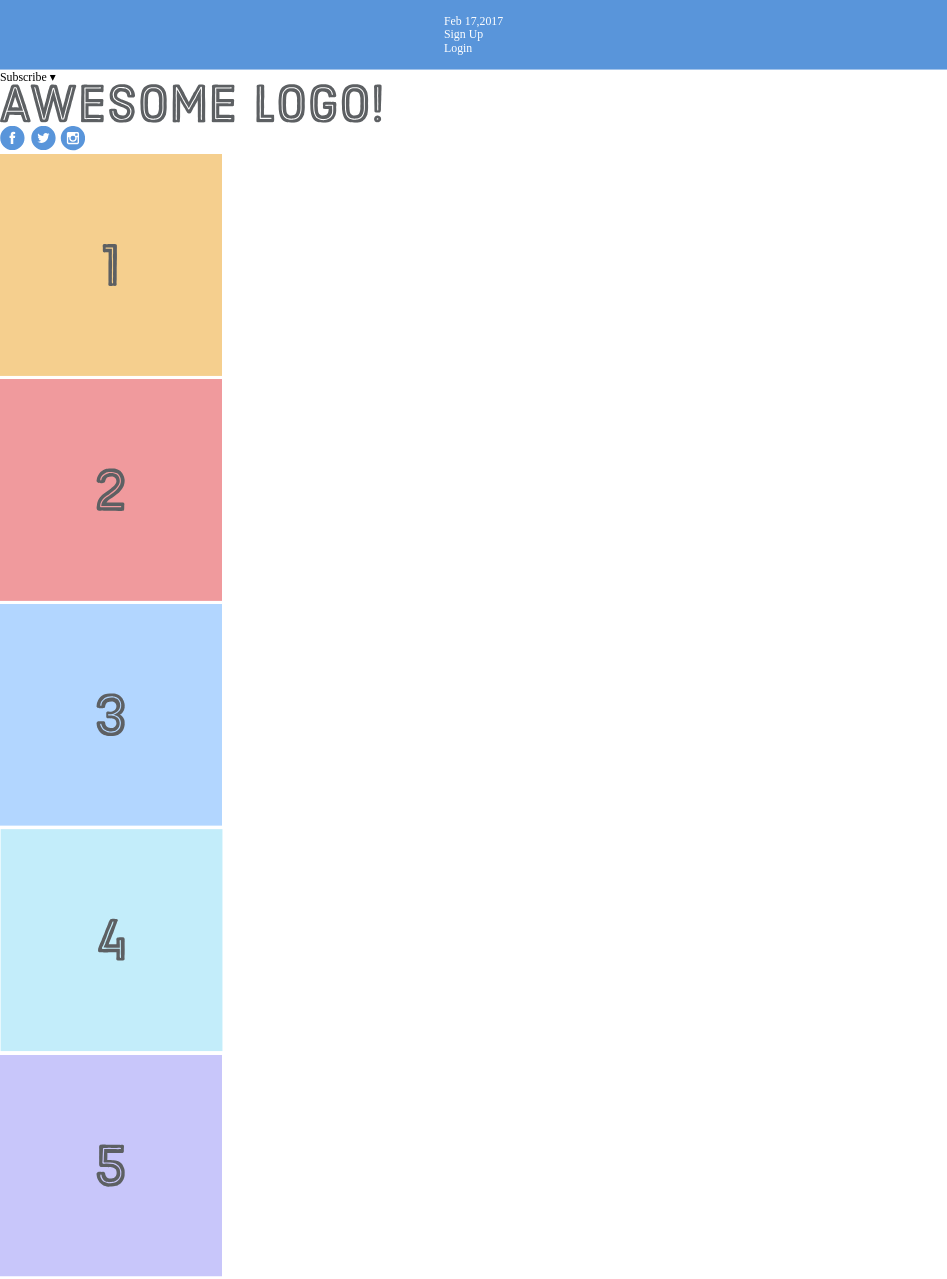
Repository: arkomz/INST377-Lab-Work
Page: client/lab_3/index.html
An editor plug-in stored every save of this project. The page is shown before and after the next save, followed by the edit.
The browser window is 1280 px wide. The pictures show the whole page, at 74% of full size.

Above is the page before, as saved 2021-09-17 13:01:37.

After the next save:
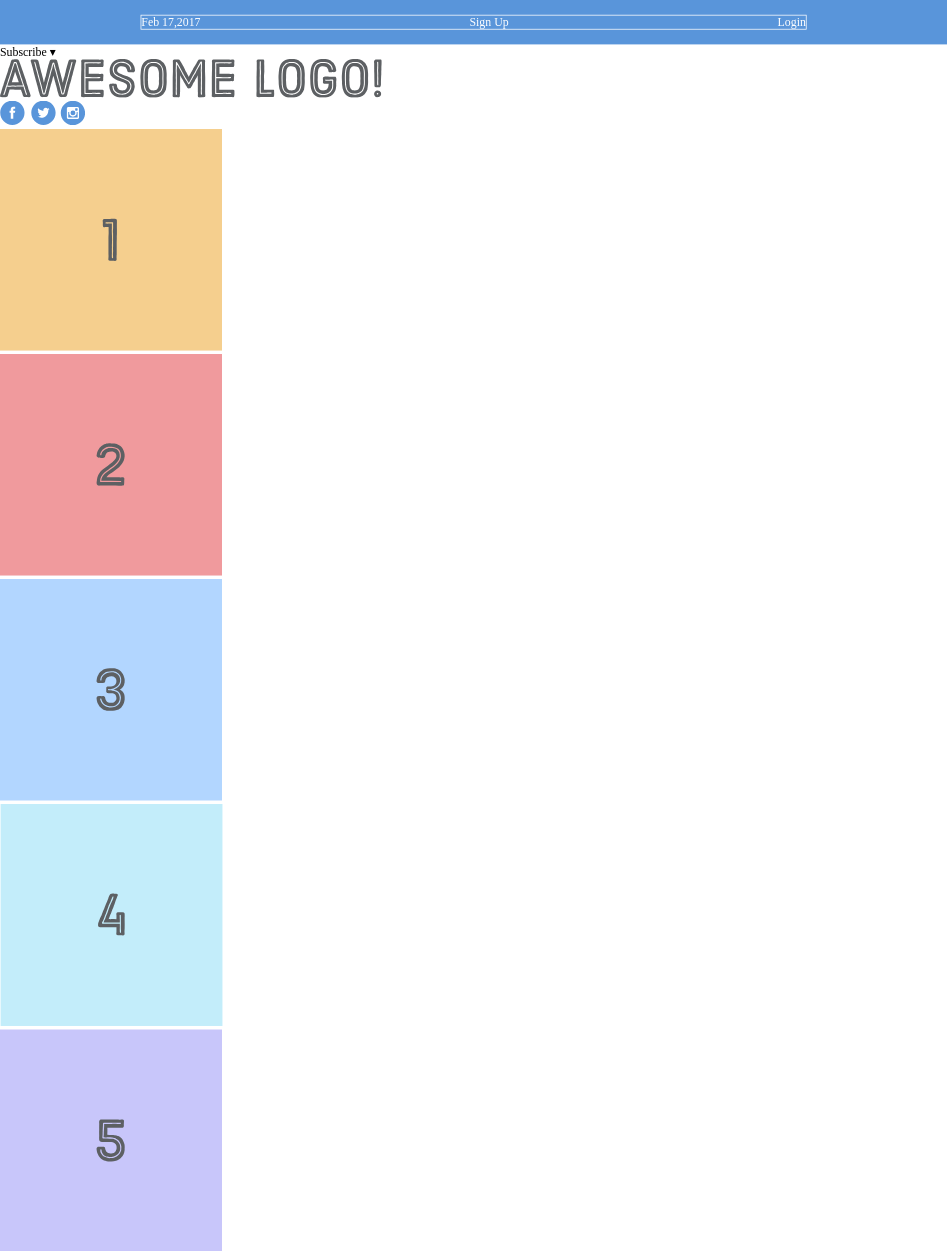
Saved 2 min 8 s later.
--- a/client/lab_3/styles.css
+++ b/client/lab_3/styles.css
@@ -11,3 +11,10 @@
     display: flex;
     justify-content: center;
   }
+
+  .menu {
+    border: 1px solid #fff;
+    width: 900px;
+    display: flex;
+    justify-content: space-between;
+  }
